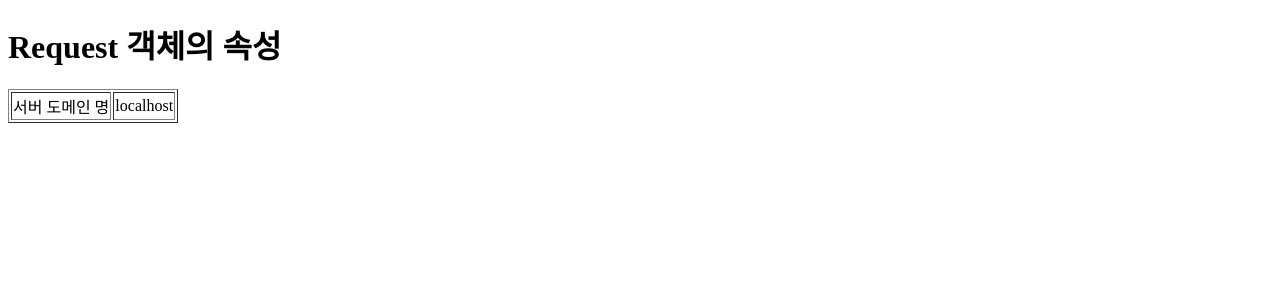
Repository: joeunpyeong/javaA
Page: http://localhost/04.Implicit/Ex01_Request/Ex00_IntoRequest.jsp
An editor plug-in stored every save of this project. The page is shown before and after the next save, followed by the edit.
The browser window is 1280 px wide. The pictures show the whole page.
The page is served by Tomcat 9.

Above is the page before, as saved 2023-05-22 01:37:24.

After the next save:
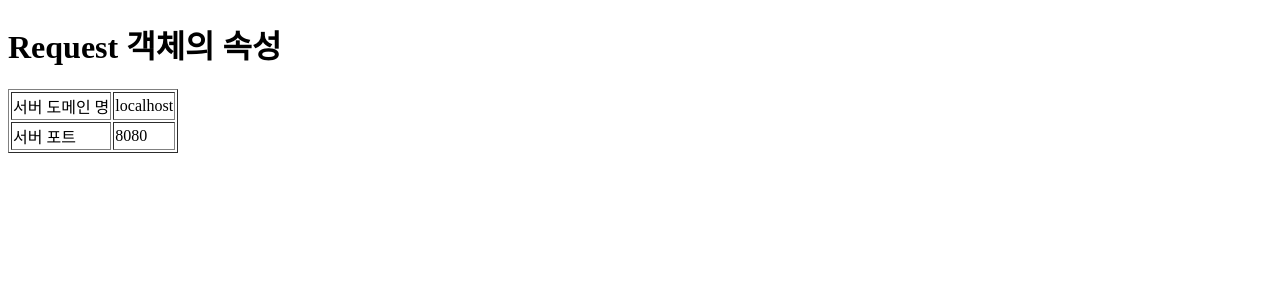
Saved 51 s later.
--- a/04.Implicit/src/main/webapp/Ex01_Request/Ex00_IntoRequest.jsp
+++ b/04.Implicit/src/main/webapp/Ex01_Request/Ex00_IntoRequest.jsp
@@ -13,6 +13,10 @@
 			<td>서버 도메인 명</td>
 			<td><%=request.getServerName()%></td>
 		</tr>
+		<tr>
+			<td>서버 포트</td>
+			<td><%=request.getServerPort()%></td>
+		</tr>
 	</table>
 
 
